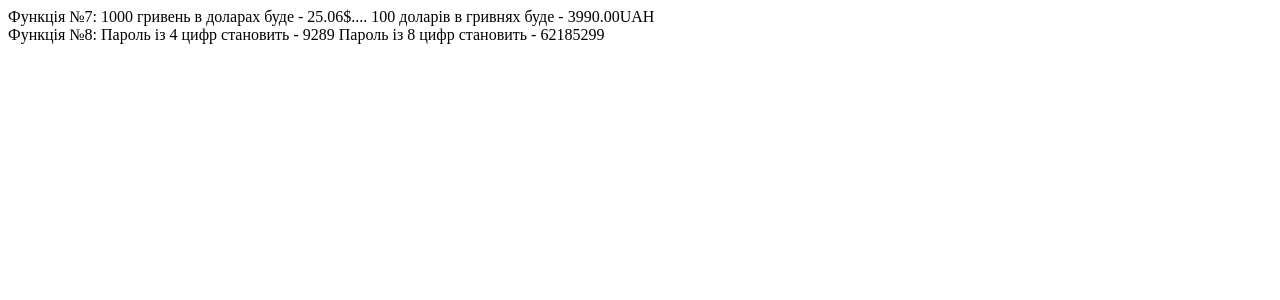
Repository: batonAnton/cursor_js_hw_3
Page: index.html
An editor plug-in stored every save of this project. The page is shown before and after the next save, followed by the edit.
The browser window is 1280 px wide. The pictures show the whole page.

Above is the page before, as saved 2022-08-31 12:01:04.

### index.html
<!DOCTYPE html>
<html lang="en">
<head>
    <meta charset="UTF-8">
    <meta http-equiv="X-UA-Compatible" content="IE=edge">
    <meta name="viewport" content="width=device-width, initial-scale=1.0">
    <title>Hw_3  function</title>
</head>
<body>
    <script src="./js/index.js"></script>
</body>
</html>

### js/index.js
// first task
function getMaxDigit(argNew = 123459 ){
    let varNew  = argNew.toString().split('');
    let bigNum = varNew[0];
    for (let i = 0; i < varNew.length; i++) {
        if(varNew[i] > bigNum ) bigNum = varNew [i];

    } return bigNum;
}
console.log(getMaxDigit());


// second task
function exponentDigit(a,b){
    let first = a;
    let second = b;
    let res = 1;
    for(let i = 0; i < b; i++ ){
        res *= a;
    }return res;
}

console.log(exponentDigit(2,2));

// 3 task

function nameChange(name) {
    return  name.charAt(0).toUpperCase() +  name.slice(1).toLowerCase();
  }


console.log(nameChange("toLik"));

// 4 task

// function calcPercentage( percentageSalary = 19.5){
//     let firstNum = prompt("Сума зарплати ");
//     return firstNum - ((percentageSalary * 1000) * 0.100 / 10);


// }
// console.log(calcPercentage());

// 5 task
function randomRange(minValue,maxValue){

    return Math.ceil(Math.random() * (maxValue - minValue)) + minValue;
}

console.log(randomRange(1,5));

// 6 task

function repeatLetter( str )
{

  for( let i = 0 ;i < str.length ;i++)
  {
    let count = 0;
    for( let j = 0 ;j < str.length ;j++)
    {
      if( str[i] == str[j] && i > j  )
      {
       break;
      }
      if( str[i] == str[j]  )
      {
        count++;
      }
    }
    if( count > 0)
    console.log(`${str[i].toUpperCase()} повторюється  ${count} рази`);
  }

}


let test_str = "укулеле";
console.log("У слові " + " " + test_str + " " + "слова повторюються :");
repeatLetter( test_str);

// 7 task

function convertCurrency (typeValue){
    let dollars = 39.9;
    let res;
        if (typeValue.includes("UAH")) {
            res =   (+typeValue.slice(0, typeValue.indexOf("UAH")) / dollars).toFixed(2) + "$";

          } else if (typeValue.includes("$")) {
            res = (+typeValue.slice(0, typeValue.indexOf("$")) * dollars).toFixed(2) + "UAH";
          } else {
            alert("тільки долари і гривні");
          } return res;


}


let typeValue="1000 UAH";

document.writeln(`Функція №7: 1000 гривень в доларах буде - ${convertCurrency(typeValue)}....`);
typeValue = "100$";
document.writeln(`100 доларів в гривнях  буде - ${convertCurrency(typeValue)} `);

// 9 task
 function getRandomPassword(arg,arg2){

  let result = '';

      for(let i = 0; i < arg; i++){
        result +=(Math.random() * 10).toFixed();
      }
      return result;


        for(let i = 0; i < arg2; i++){
          result+= (Math.random() * 10).toFixed();

        }
        return result;


 }
 const arg = 4;
  const arg2 = 8;
 console.log(getRandomPassword());
 document.writeln(`<br> Функція №8: Пароль із  4 цифр становить - ${getRandomPassword(arg)}`);
 document.writeln(`  Пароль із  8 цифр становить - ${getRandomPassword(arg2)}`);

After the next save:
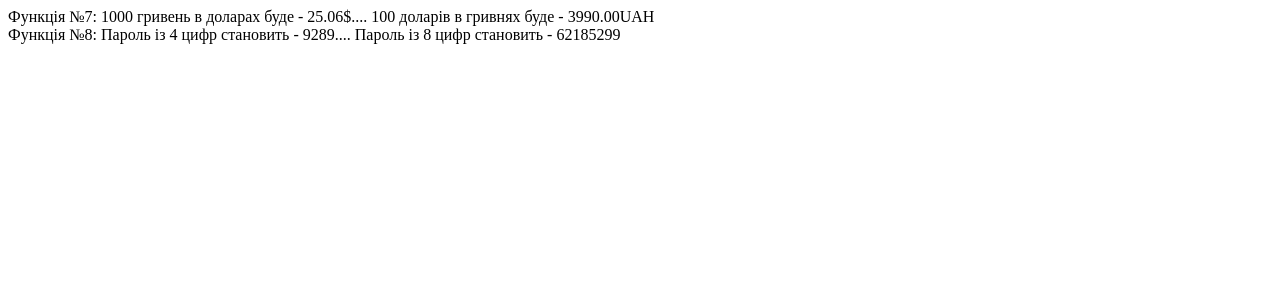
Saved 5 min 20 s later.
--- a/js/index.js
+++ b/js/index.js
@@ -125,5 +125,11 @@ document.writeln(`100 доларів в гривнях  буде - ${convertCurr
  const arg = 4;
   const arg2 = 8;
  console.log(getRandomPassword());
- document.writeln(`<br> Функція №8: Пароль із  4 цифр становить - ${getRandomPassword(arg)}`);
+ document.writeln(`<br> Функція №8: Пароль із  4 цифр становить - ${getRandomPassword(arg)}....`);
  document.writeln(`  Пароль із  8 цифр становить - ${getRandomPassword(arg2)}`);
+
+//  task 9
+function deleteLetters(){
+  let exampleWord = "Anatoliy";
+
+}
